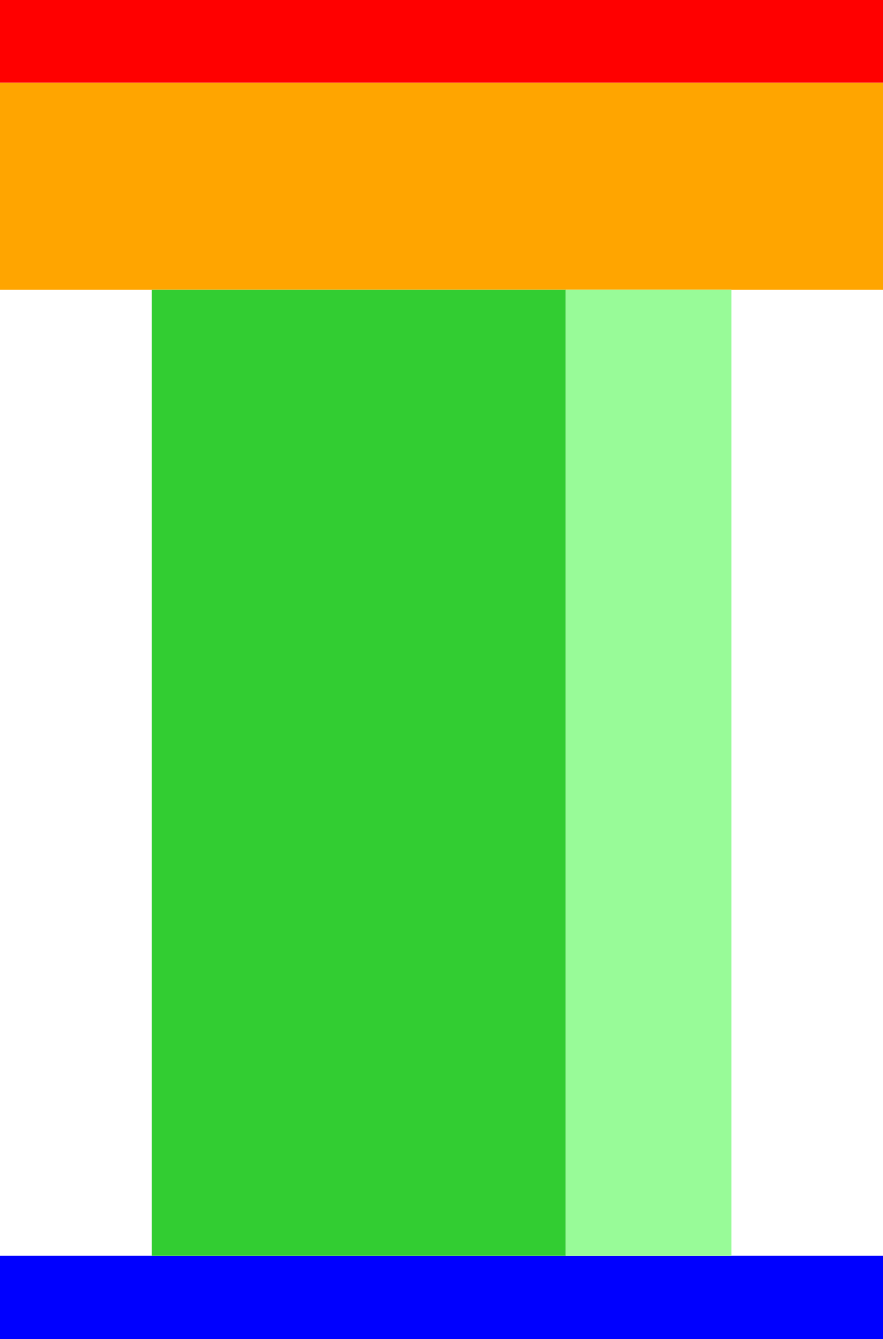
Repository: rascalNoShippo/git-practice
Page: chapter4_exercise/index.html
The author's editor kept a record of every edit. The page is drawn from the files as they stood at one moment, then again after the next edit.
The browser window is 1280 px wide. The pictures show the whole page, at 69% of full size.

Above is the page before.

### chapter4_exercise/index.html
<!DOCTYPE html>
<html lang="ja">
  <head>
    <meta charset="UTF-8" />
    <link rel="stylesheet" href="style.css" />
    <title>CARAVAN</title>
  </head>

  <body>
    <div class="header">
    </div>
    <div class="main-visual">
    </div>
    <div class="main">
      <div class="blog"></div>
      <div class="sidebar"></div>
    </div>
    <div class="footer">

    </div>
  </body>
</html>

### chapter4_exercise/style.css
* {
  margin: 0;
  padding: 0;
  box-sizing: border-box;
}

.header{
  width: 100%;
  height: 120px;
  background-color: red;
}

.main-visual{
  width: 100%;
  height: 300px;
  background-color: orange;
}

.main-visual-content{
  width: 350px;
  height: 300px;
  background-color: gold;
}

.main{
  width: 840px;
  /*height: 1400px;*/
  /*background-color: green;*/
  display: flex;
  justify-content: center;
  margin: 0 auto;
}

.blog{
  width: 600px;
  height: 1400px;
  background-color: limegreen;
}

.sidebar{
  width: 240px;
  height: 1400px;
  background-color: palegreen;
}

.footer{
  width: 100%;
  height: 120px;
  background-color: blue;
}

After the next edit:
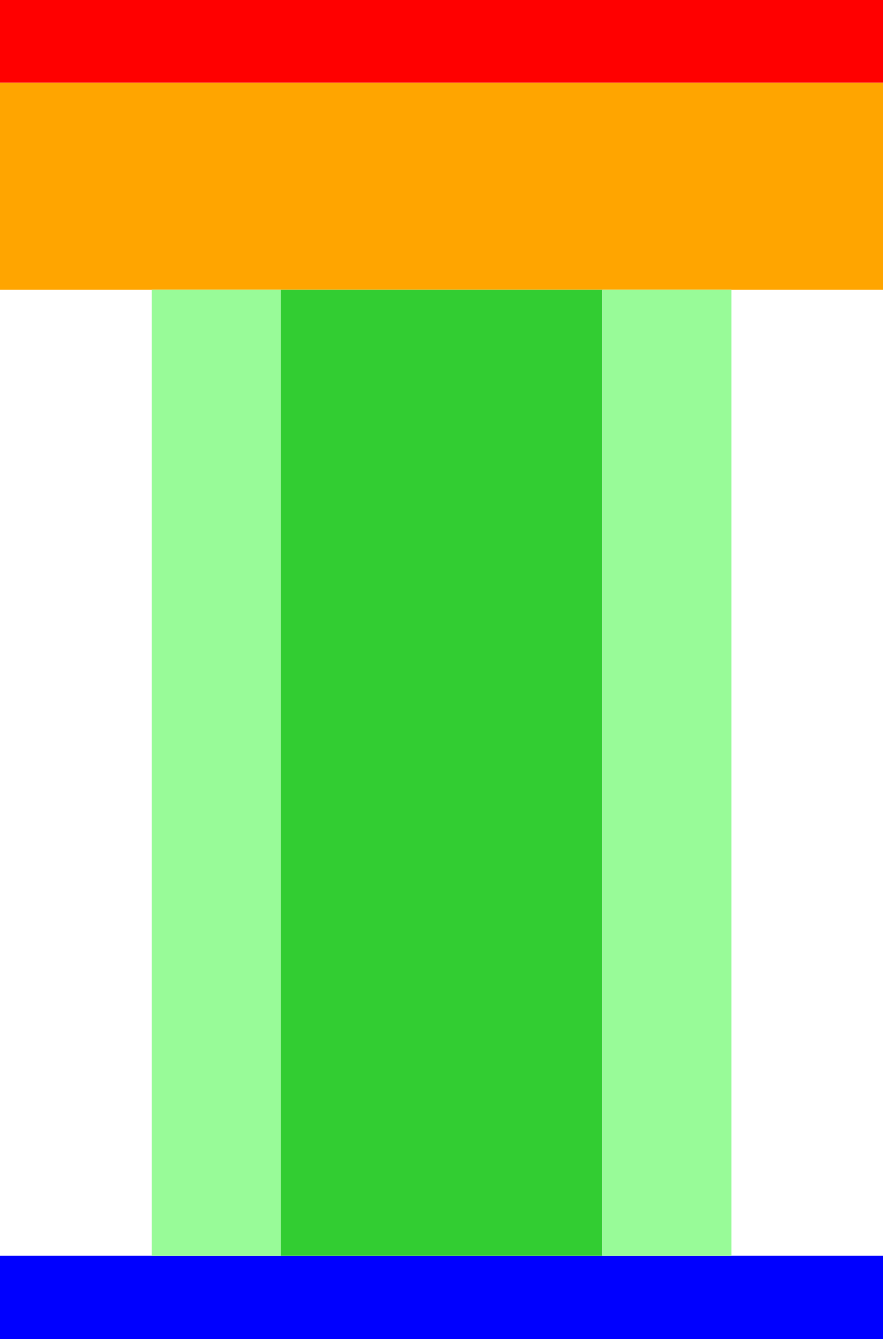
The edit:
--- a/chapter4_exercise/index.html
+++ b/chapter4_exercise/index.html
@@ -12,8 +12,9 @@
     <div class="main-visual">
     </div>
     <div class="main">
+      <div class="sidebar sidebar-left"></div>
       <div class="blog"></div>
-      <div class="sidebar"></div>
+      <div class="sidebar sidebar-right"></div>
     </div>
     <div class="footer">
 
